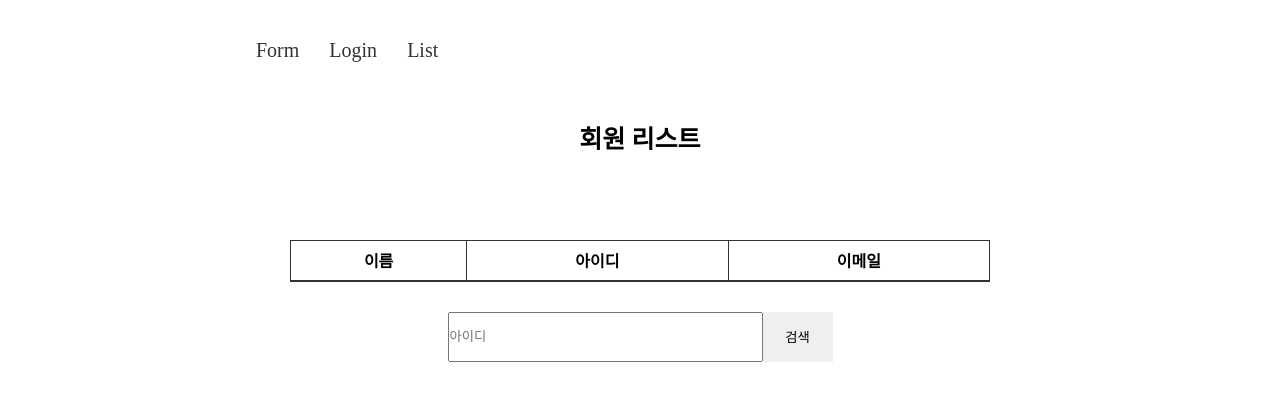
Repository: zeroj-0/eclipseProjects
Page: http://localhost/jv301/mod010/user_list.do
An editor plug-in stored every save of this project. The page is shown before and after the next save, followed by the edit.
The browser window is 1280 px wide. The pictures show the whole page.
The page is served by Tomcat 9. Other server files are loaded and not shown. Queries for data that is not in the repository find no rows.

Above is the page before, as saved 2022-07-07 07:06:59.

### jv301/src/main/webapp/mod010/user_list.jsp
<%@ page language="java" contentType="text/html; charset=UTF-8" pageEncoding="UTF-8"%>
<%@ taglib prefix="c" uri="http://java.sun.com/jsp/jstl/core" %>
<!DOCTYPE html>
<html>
<head>
<meta charset="UTF-8">
<title>Insert title here</title>
<link rel="stylesheet" href="./fixmethod.css">
<link rel="stylesheet" href="./style.css">
<style>
	table {
		border: 1px solid #333;
		width: 100%;
		margin: 0 auto;
		border-collapse: collapse;
	}
	table tr {
		height: 40px;
	}
	table td {
		border: 1px solid #333;
		width: 100px;
		text-align: center;
	}
	table th {
		border: 1px solid #333;
		border-bottom: 2px solid #333;
	}
	.search-area {
		width: 100%;
		height: 50px;
		display: flex;
		margin-top: 30px;
	}
	.search-area form {
		display: flex;
		justify-content: center;
	}
	.search-area input {
		width: 45%;
	}
	.search-area button {
		width: 10%;
	}
</style>
</head>
<body>
<div id="wrapper">
	<div id="header">
		<%@ include file="/incl/menu.jsp" %>
	</div>
<h3 class="title">회원 리스트</h3>
	<div class="container">
				<table>
					<tr>
						<th>이름</th><th>아이디</th><th>이메일</th>
					</tr>
					<c:forEach var="user" items="${user}">
						<tr>
							<td>
								${user.getUserName()}
							</td>
							<td>
								${user.getUserId()}
							</td>
							<td>
								${user.getEmail()}
							</td>
						</tr>
					</c:forEach>
				</table>
				<div class="search-area">
					<form>
						<input type="text" name="searchId" placeholder="아이디"/>
						<button type="submit">검색</button>
					</form>
				</div>
	</div>
</div>
</body>
</html>

### jv301/src/main/webapp/incl/menu.jsp
<%@ page language="java" contentType="text/html; charset=UTF-8"  pageEncoding="UTF-8"%>

<div class="gnb">
	<ul>
		<li><a href="add_user.jsp">Form</a></li>
		<li><a href="login">Login</a></li>
		<li><a href="user_list.do">List</a></li>
	</ul>
</div>

### jv301/src/main/java/com/varxyz/jv301/mod010/UserListServlet.java
package com.varxyz.jv301.mod010;

import java.io.IOException;
import java.util.List;

import javax.servlet.RequestDispatcher;
import javax.servlet.ServletException;
import javax.servlet.annotation.WebServlet;
import javax.servlet.http.HttpServlet;
import javax.servlet.http.HttpServletRequest;
import javax.servlet.http.HttpServletResponse;

@WebServlet("/mod010/user_list.do")
public class UserListServlet extends HttpServlet {
	private UserService userService;
	private static final long serialVersionUID = 1L;

	protected void doGet(HttpServletRequest request, HttpServletResponse response) throws ServletException, IOException {
		userService = UserService.getInstance();
		List<User> userList = userService.getAllUsers();
		request.setAttribute("user", userList);

		RequestDispatcher dispatcher = null;
		dispatcher = request.getRequestDispatcher("user_list.jsp");
		dispatcher.forward(request, response);
	}

	protected void doPost(HttpServletRequest request, HttpServletResponse response) throws ServletException, IOException {
		request.setCharacterEncoding("utf-8");

		String userId = request.getParameter("userId");

		request.setAttribute("userId", userId);

		RequestDispatcher dispatcher = null;
		dispatcher = request.getRequestDispatcher("update.jsp");
		dispatcher.forward(request, response);
	}

}

### jv301/src/main/java/com/varxyz/jv301/mod010/UserDao.java
package com.varxyz.jv301.mod010;

import java.sql.Connection;
import java.sql.PreparedStatement;
import java.sql.ResultSet;
import java.sql.SQLException;
import java.util.ArrayList;
import java.util.List;

public class UserDao {
	DataSource dataSource = null;

	public UserDao() {
		NamingService namingService = NamingService.getInstance();
		dataSource = (DataSource)namingService.getAttribute("dataSource");
	}

	public List<User> findAllUsers() {
		String sql = "SELECT * FROM User";
		List<User> userList = new ArrayList<User>();
		try {
			Connection con = null;
			PreparedStatement pstmt = null;
			ResultSet rs = null;
			try {
				con = dataSource.getConnection();
				pstmt = con.prepareStatement(sql);
				rs = pstmt.executeQuery();

				while(rs.next()) {
					User user = new User();
					user.setUserId(rs.getString("id"));
					user.setUserName(rs.getString("name"));
					user.setEmail(rs.getString("email"));
					user.setAddr(rs.getString("addr"));

					userList.add(user);
				}
			} finally {
				dataSource.close(rs, pstmt, con);
			}
		} catch (SQLException e) {
			e.printStackTrace();
		}
		return userList;
	}

	public void addUser(User user) {
		String sql = "INSERT INTO User(id,passwd,name,email,addr,ssn) VALUES (?,?,?,?,?,?)";
		try {
			Connection con = null;
			PreparedStatement pstmt = null;

			con = dataSource.getConnection();
			pstmt = con.prepareStatement(sql);

			pstmt.setString(1, user.getUserId());
			pstmt.setString(2, user.getPasswd());
			pstmt.setString(3, user.getUserName());
			pstmt.setString(4, user.getEmail());
			pstmt.setString(5, user.getAddr());
			pstmt.setString(6, user.getSsn());

			pstmt.executeUpdate();
			dataSource.close(pstmt, con);
		} catch (Exception e) {
			e.printStackTrace();
		}
	}
	public String findUserId(String userId) {
		String sql = "SELECT id FROM User WHERE id=?";
		String id = null;
		try {
			Connection con = null;
			PreparedStatement pstmt = null;
			ResultSet rs = null;
			try {
				con = dataSource.getConnection();
				pstmt = con.prepareStatement(sql);
				pstmt.setString(1, userId);

				rs = pstmt.executeQuery();

				if(rs.next()) {
					id= rs.getString("id");
				}

			} finally {
				dataSource.close(rs,pstmt, con);
			}
		} catch(Exception e) {
			e.printStackTrace();
		}
		if(id==null) {
			id="";
		}
		return id;
	}

	public String findUserPasswd(String passwd) {
		String sql = "SELECT passwd FROM User WHERE passwd=?";
		String pw = null;
		try {
			Connection con = null;
			PreparedStatement pstmt = null;
			ResultSet rs = null;
			try {
				con = dataSource.getConnection();
				pstmt = con.prepareStatement(sql);
				pstmt.setString(1, passwd);
				rs = pstmt.executeQuery();

				if(rs.next()) {
					pw= rs.getString("passwd");
				}

			} finally {
				dataSource.close(rs,pstmt, con);
			}
		} catch(Exception e) {
			e.printStackTrace();
		}
		if(pw==null) {
			pw = "";
		}
		return pw;
	}
	public User findUserByUserId(String userId) {
		String sql = "SELECT id,passwd,name,email,addr,ssn FROM User WHERE id=?";
		User user = new User();
		try  {
			Connection con = null;
			PreparedStatement pstmt = null;
			ResultSet rs = null;
			try {
				con = dataSource.getConnection();
				pstmt = con.prepareStatement(sql);
				pstmt.setString(1, userId);
				rs = pstmt.executeQuery();

				while(rs.next()) {
					user.setUserId(rs.getString("id"));
					user.setUserId(rs.getString("passwd"));
					user.setUserName(rs.getString("name"));
					user.setSsn(rs.getString("ssn"));
					user.setEmail(rs.getString("email"));
					user.setAddr(rs.getString("addr"));
					user.setSsn(rs.getString("ssn"));
				}
			} finally {
				dataSource.close(rs, pstmt, con);
			}
		} catch(Exception e) {
			e.printStackTrace();
		}
		return user;
	}
}

### jv301/src/main/webapp/mod010/fixmethod.css
@charset "UTF-8";
* { box-sizing: border-box; margin: 0; padding: 0;}
ul, li {list-style: none;}
a {text-decoration: none; color: #333;}

.gnb {
  width: 100%;
  height: 70px;
  float: left;
  padding-left: 20%;
}
ul li {
  float: left;
  height: 100%;
  margin-left: 30px;
}
ul li:first-child {
  margin-left: 0;
}

a {
  line-height: 70px;
  font-size: 20px;
}
a:hover {
  color: #000;
  font-weight: 600;
}
#header {
	height: 100px;
	width: 100%;
	text-align: center;
	font-size: 20px;
	line-height: 100px;
}
#footer {
	margin-top: 100px;
	text-align: center;
}

### jv301/src/main/webapp/mod010/style.css
@charset "UTF-8";
* { box-sizing: border-box; margin: 0; padding: 0;}
ul, li {list-style: none;}
a {text-decoration: none; color: #333;}

.container {
  padding-top: 60px;
  display: flex;
  flex-wrap: wrap;
  height: 100%;
  width: 700px;
  margin: 0 auto;
}
form {
  width: 100%;
}
h3 {
  font-size: 25px;
  width: 100%;
}
.d {
  height: 50px;
  width: 100%;
  display: flex;
  justify-content: left;
  align-items: center;
  margin-top: 10px;
}
.d > input {
  height: 35px;
  line-height: 35px;
  padding-left: 5px;

}
select {
  height: 35px;
  width: 150px;
  font-size: 15px;
}
span.email {
  margin: 0 5px;
}
.checkbox-layout {
  height: 100px;
}
.inner-box {
  margin: 0;
  display: block;
  width: 100%;
  height: 100%;
}
.inner-box h2 {
  width: 100%;
}
.box {
  display: inline-block;
  width: 18%;
  position: relative;
  overflow: hidden;
}
.box label {
  position: absolute;
  top: 14px;
  left: 20px;
}
.box input {
  height: 50px;
}
span {
  font-size: 18px;
  font-weight: 400;
  color: #333;
}
.btn {
  justify-content: center;
  width: 80px;
  height: 40px;
  margin: 0 auto;
  background: #f9f9f9;
  border-radius: 12px;
  border: 1px solid #000;
  margin-top: 20px;
}
button {
	border-style: none;
}
button.btn-inner {
  border-style: none;
  height: 40px;
  width: 75px;
  font-size:20px;
  background: none;
  cursor: pointer;
}
.address1 {
	width: 250px;
	margin-right: 10px;
}

.title {
	width: 100%;
	text-align: center;
	height: 80px;
	line-height: 80px;
}

After the next save:
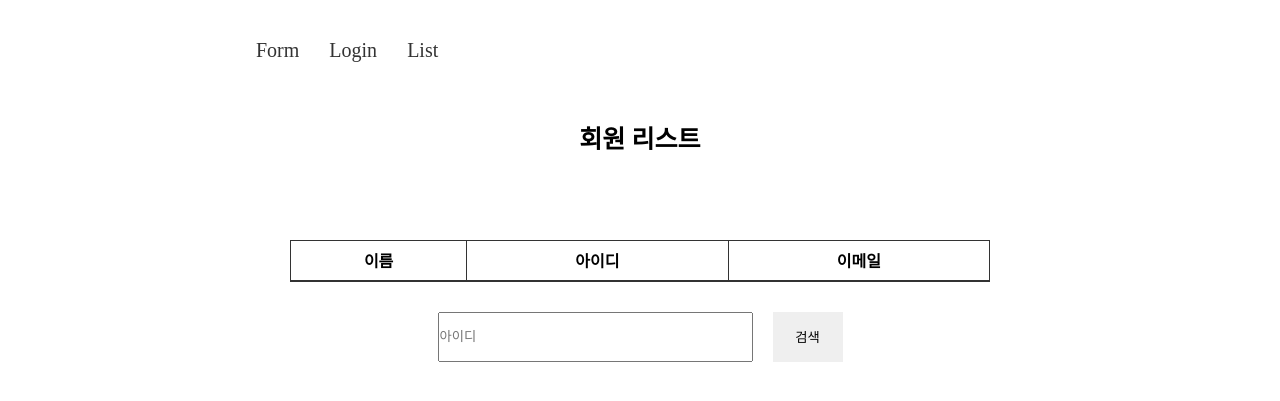
Saved 10 s later.
--- a/jv301/src/main/webapp/mod010/user_list.jsp
+++ b/jv301/src/main/webapp/mod010/user_list.jsp
@@ -41,6 +41,7 @@
 	}
 	.search-area button {
 		width: 10%;
+		margin-left: 20px;
 	}
 </style>
 </head>
